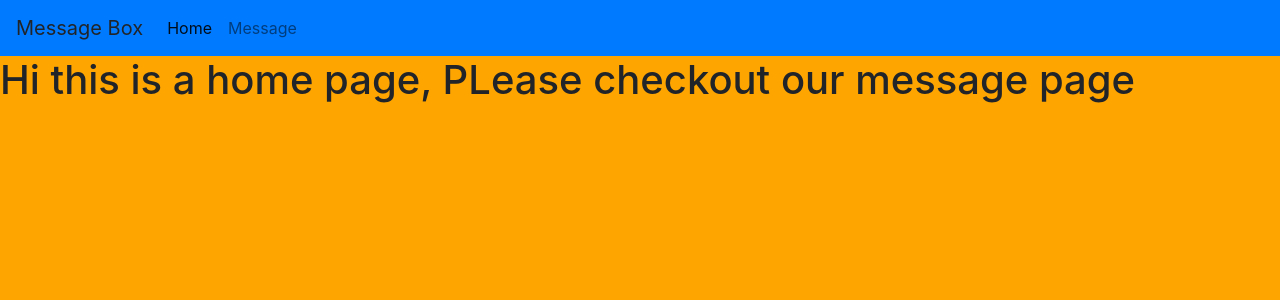
Repository: 05Mohammedismail/xworkz--Advance-Java
Page: Sep08_Servlets(HTML content as the HTTP response)/src/main/webapp/index.html
These files come from the project's save history. The page is drawn as it stood at one moment and after the next save; the edit follows.
The browser window is 1280 px wide. The pictures show the whole page.

Above is the page before, as saved 2023-09-10 20:08:12.

After the next save:
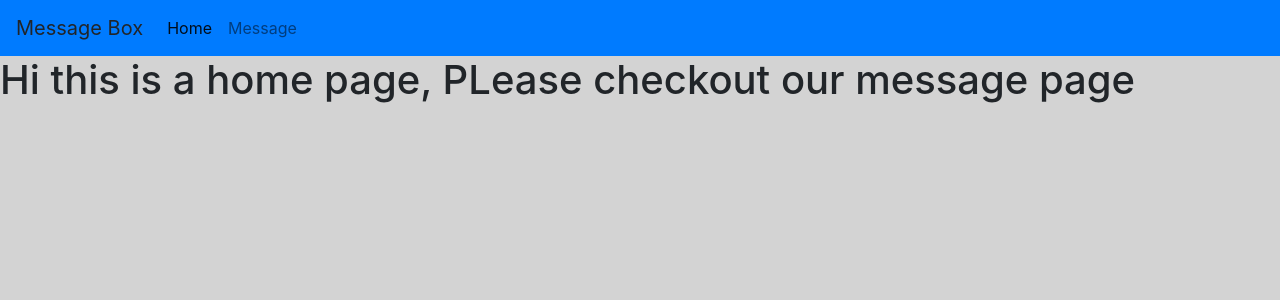
Saved 47 s later.
--- a/Sep08_Servlets(HTML content as the HTTP response)/src/main/webapp/index.html
+++ b/Sep08_Servlets(HTML content as the HTTP response)/src/main/webapp/index.html
@@ -7,7 +7,7 @@
 <title>Insert title here</title>
 <style>
 body{
-background-color:orange;
+background-color:lightgray;
 }
 
 </style>
